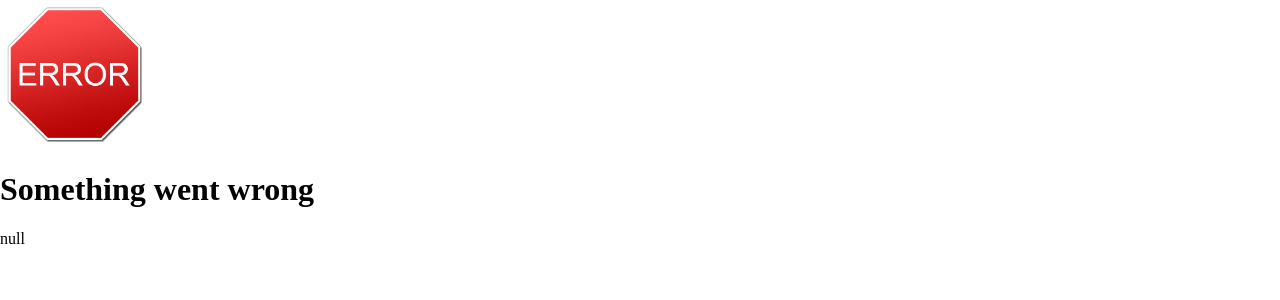
Repository: AhimshaMudbari/JSP_and_Servlet
Page: http://localhost/ExceptionHandlingJSP/Error.jsp
These files come from the project's save history. The page is drawn as it stood at one moment and after the next save; the edit follows.
The browser window is 1280 px wide. The pictures show the whole page.
The page is served by Tomcat 9.

Above is the page before, as saved 2022-06-12 07:47:12.

### ExceptionHandlingJSP/src/main/webapp/Error.jsp
<%@ page language="java" contentType="text/html; charset=UTF-8"
    pageEncoding="UTF-8" isErrorPage="true"%>

<!DOCTYPE html>
<html>
<head>
<meta charset="UTF-8">
<title>Insert title here</title>
</head>
<body style="margin: auto;">
<div style="display:flex; justify-content: center; flex-direction: column; ">
<img src="err.png" height=150 width=150 style="display:flex;">
<h1 style="display:flex;">Something went wrong</h1>
<%= exception %>
</div>
</body>
</html>

After the next save:
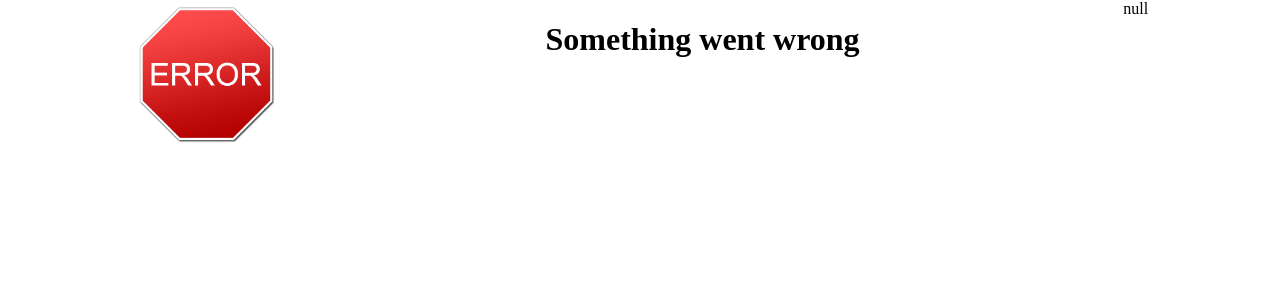
Saved 50 s later.
--- a/ExceptionHandlingJSP/src/main/webapp/Error.jsp
+++ b/ExceptionHandlingJSP/src/main/webapp/Error.jsp
@@ -8,9 +8,9 @@
 <title>Insert title here</title>
 </head>
 <body style="margin: auto;">
-<div style="display:flex; justify-content: center; flex-direction: column; ">
-<img src="err.png" height=150 width=150 style="display:flex;">
-<h1 style="display:flex;">Something went wrong</h1>
+<div style="display:flex; justify-content: space-around; flex-direction:; ">
+<img src="err.png" height=150 width=150>
+<h1>Something went wrong</h1>
 <%= exception %>
 </div>
 </body>

After the 2 saves that followed:
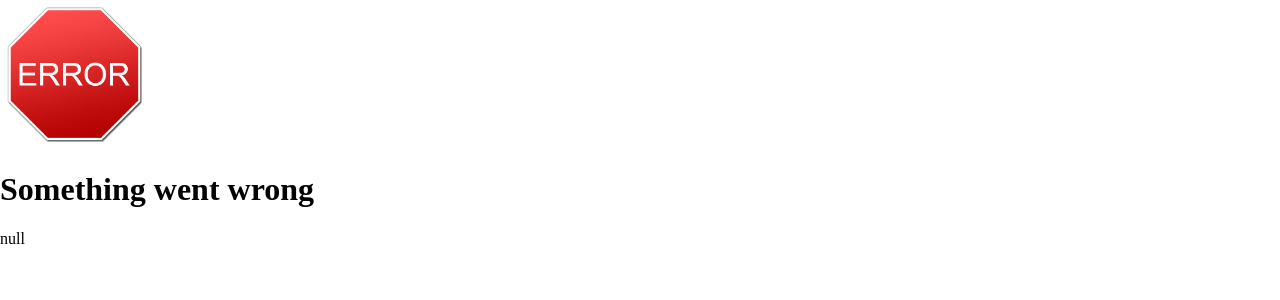
The 2 saves are shown as one change because 1 left the picture as it was.
The last was saved 17 s later.
--- a/ExceptionHandlingJSP/src/main/webapp/Error.jsp
+++ b/ExceptionHandlingJSP/src/main/webapp/Error.jsp
@@ -8,7 +8,7 @@
 <title>Insert title here</title>
 </head>
 <body style="margin: auto;">
-<div style="display:flex; justify-content: space-around; flex-direction:; ">
+<div style="display:flex; justify-content: space-around; flex-direction:column; ">
 <img src="err.png" height=150 width=150>
 <h1>Something went wrong</h1>
 <%= exception %>
